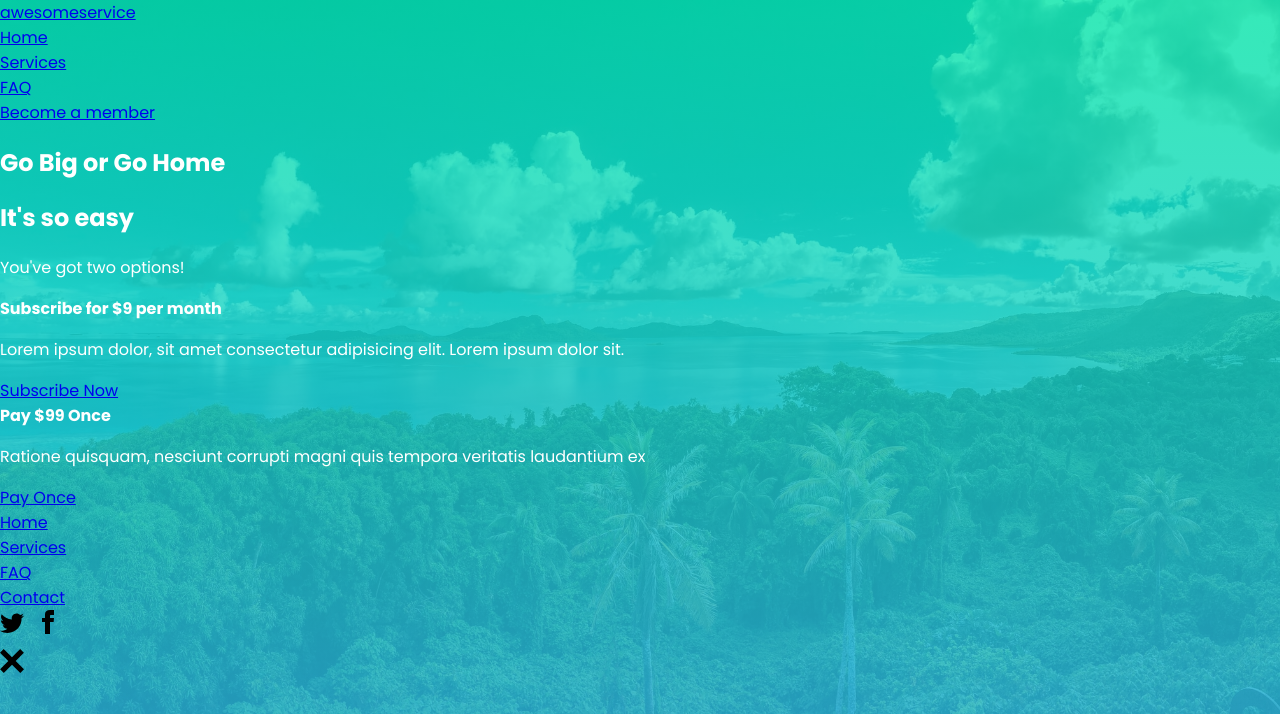
Repository: Hyperion72R/Animated-Navigation
Page: index.html
These files come from the project's save history. The page is drawn as it stood at one moment and after the next save; the edit follows.
The browser window is 1280 px wide. The pictures show the whole page.
The style sheet was rebuilt from its Sass, Less or Tailwind sources for each picture, by a compiler version that may differ from the author's.

Above is the page before, as saved 2021-08-14 15:45:08.

After the next save:
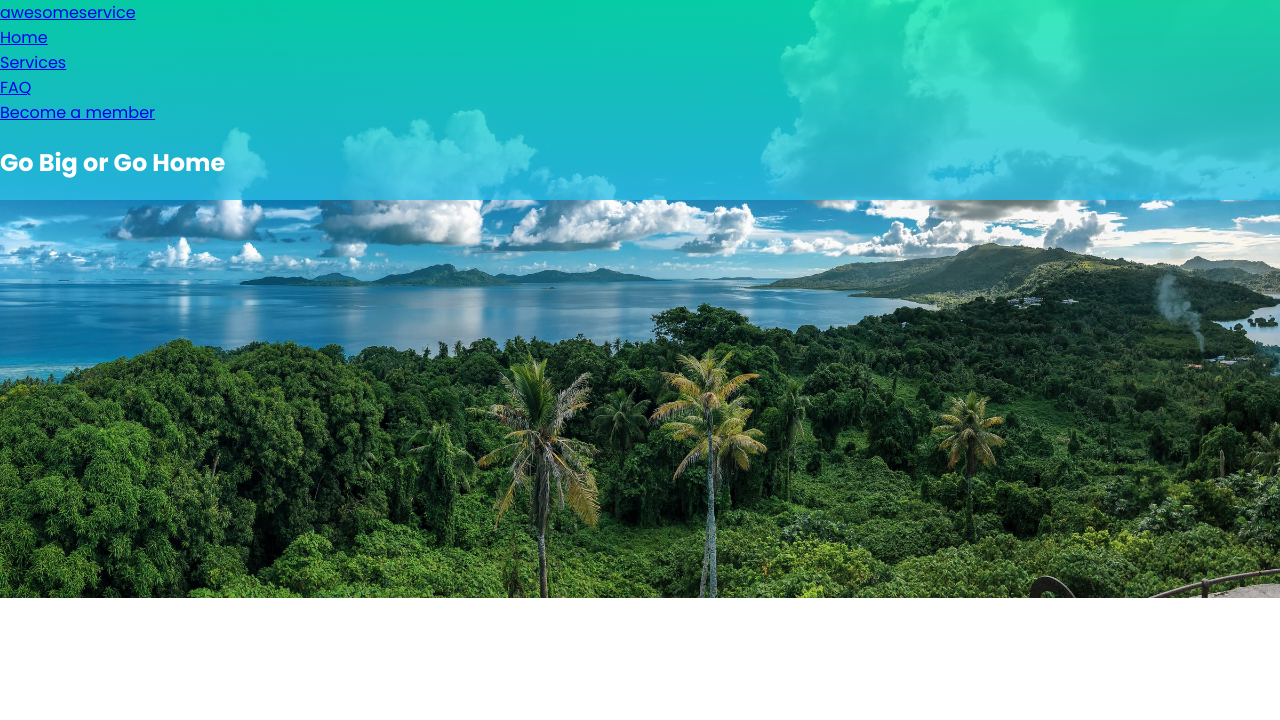
Saved 39 s later.
--- a/css/main.scss
+++ b/css/main.scss
@@ -24,3 +24,11 @@ ul {
   margin: 0;
   padding: 0;
 }
+
+section,
+header {
+}
+
+.overlay {
+  display: none;
+}
